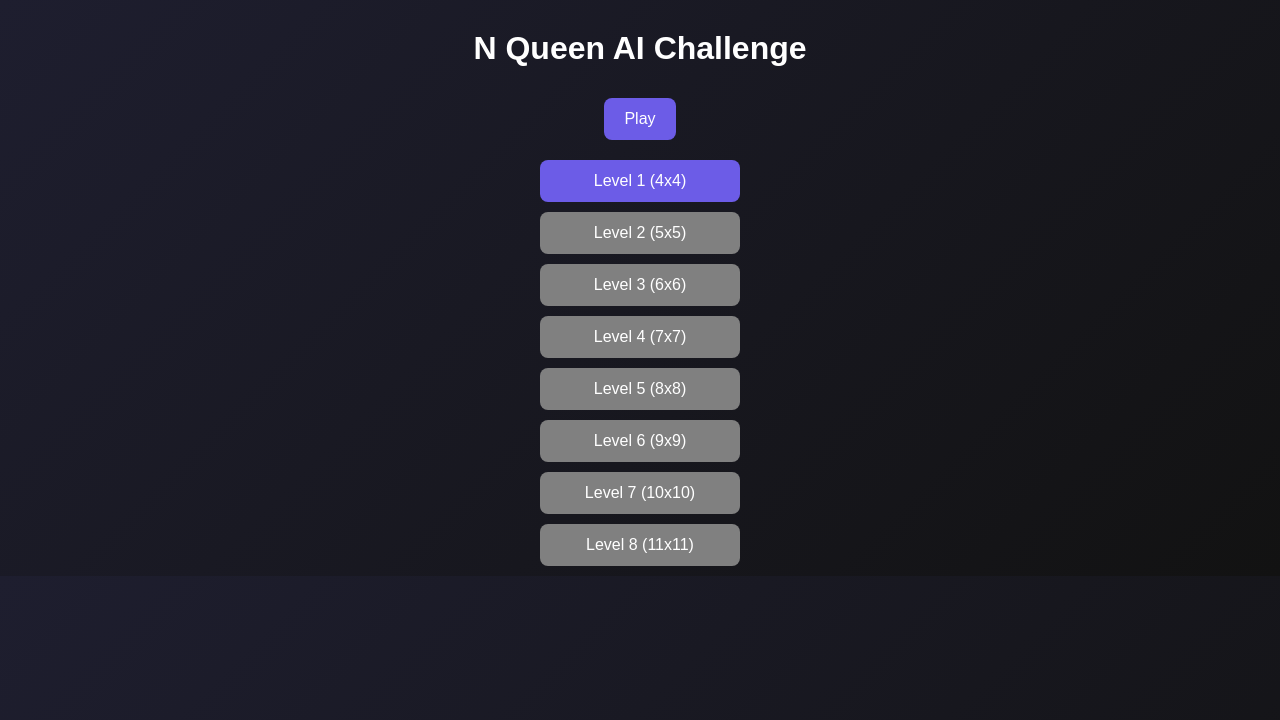
Repository: lissaintech/NQueen
Page: index.html
An editor plug-in stored every save of this project. The page is shown before and after a run of saves, followed by the edit.
The browser window is 1280 px wide. The pictures show the whole page.

Above is the page before, as saved 2026-03-08 19:08:52.

After the next 2 saves:
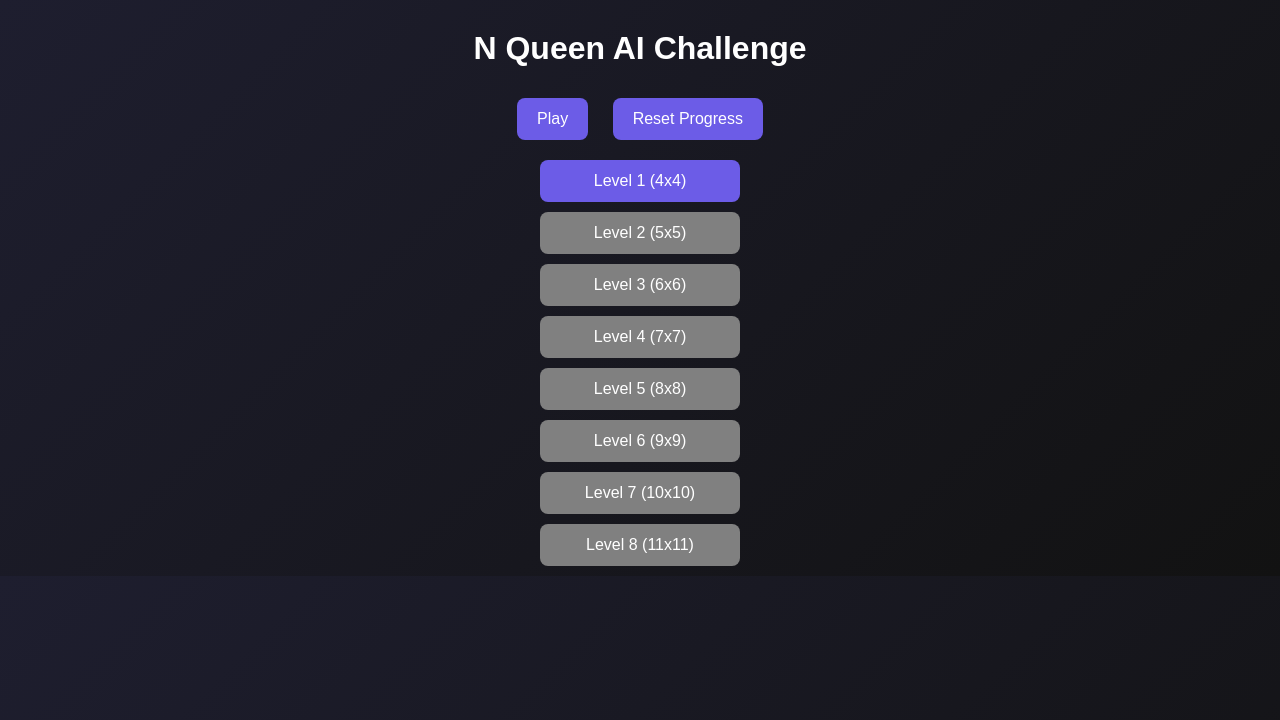
The 2 saves are shown as one change because they came seconds apart.
The last was saved 21 s later.
--- a/index.html
+++ b/index.html
@@ -14,6 +14,7 @@
         <h1>N Queen AI Challenge</h1>
 
         <button onclick="startLevel(unlockedLevel)">Play</button>
+        <button onclick="resetProgress()">Reset Progress</button>
 
         <div id="levels"></div>
 
